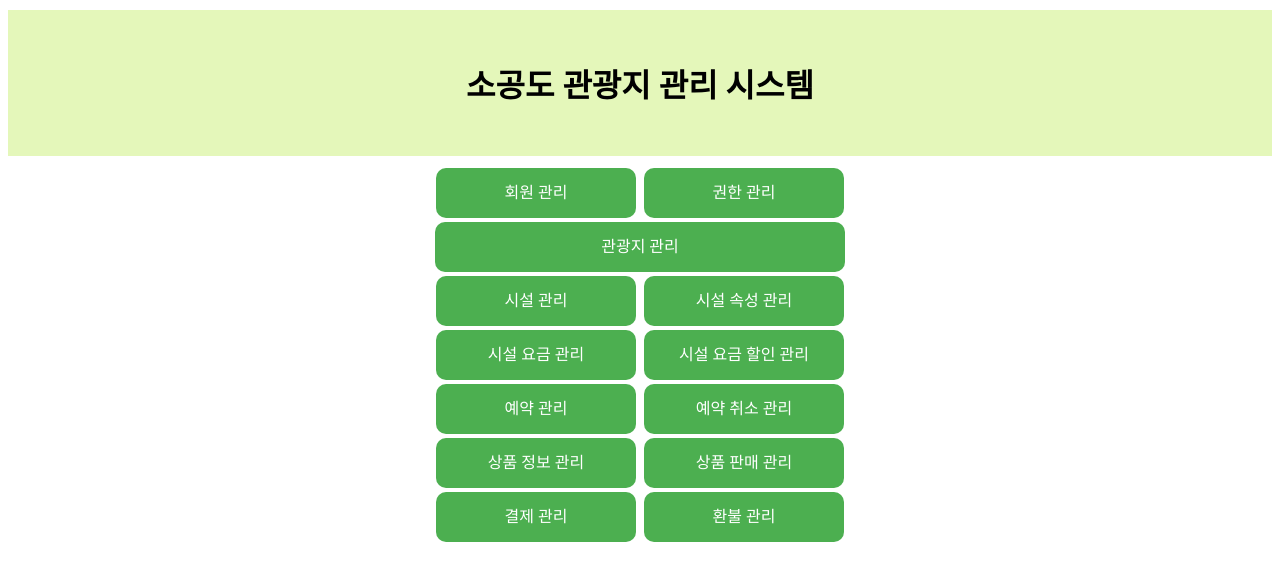
Repository: psyoongsc/SogongDo_Facility
Page: http://localhost/SogongDo_Management_System/
These files come from the project's save history. The page is drawn as it stood at one moment and after the next save; the edit follows.
The browser window is 1280 px wide. The pictures show the whole page.
The page is served by Tomcat 9. Nobody is signed in. The application's start-up code is not run.

Above is the page before, as saved 2020-06-25 15:21:28.

After the next save:
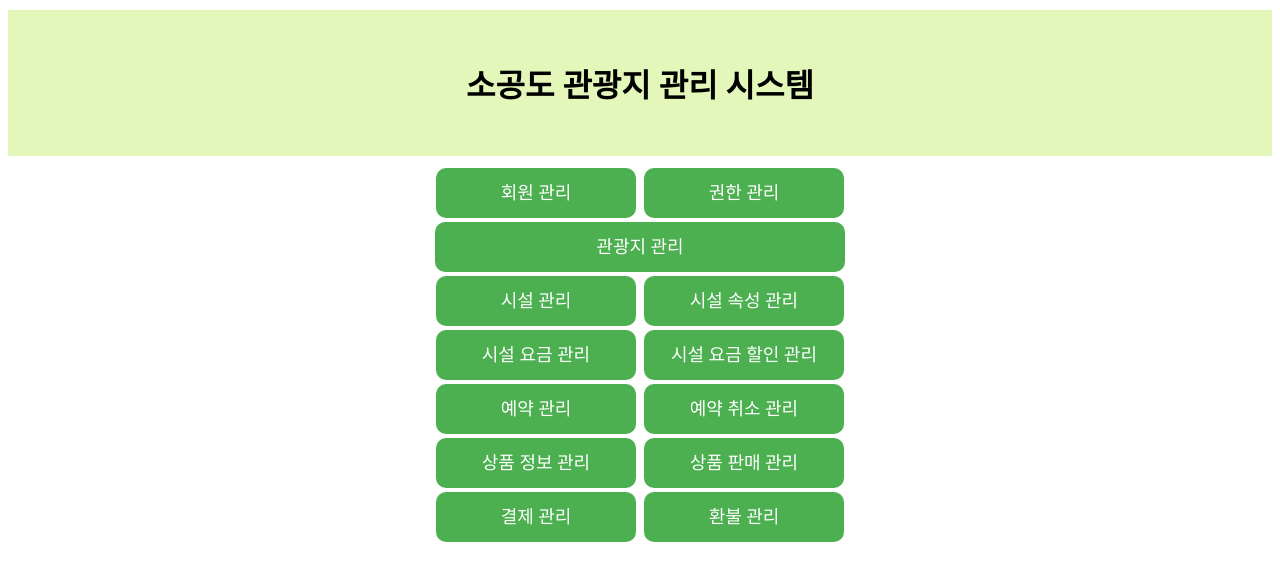
Saved 54 s later.
--- a/SogongDo_Management_System/WebContent/index.jsp
+++ b/SogongDo_Management_System/WebContent/index.jsp
@@ -12,7 +12,7 @@
 	background-color: #4CAF50;
 	width: 200px;
 	line-height: 50px;
-	font-size: medium;
+	font-size: large;
 	display: inline-block;
 	border-radius: 10px 10px;
 	margin: 2px;

After the save that followed:
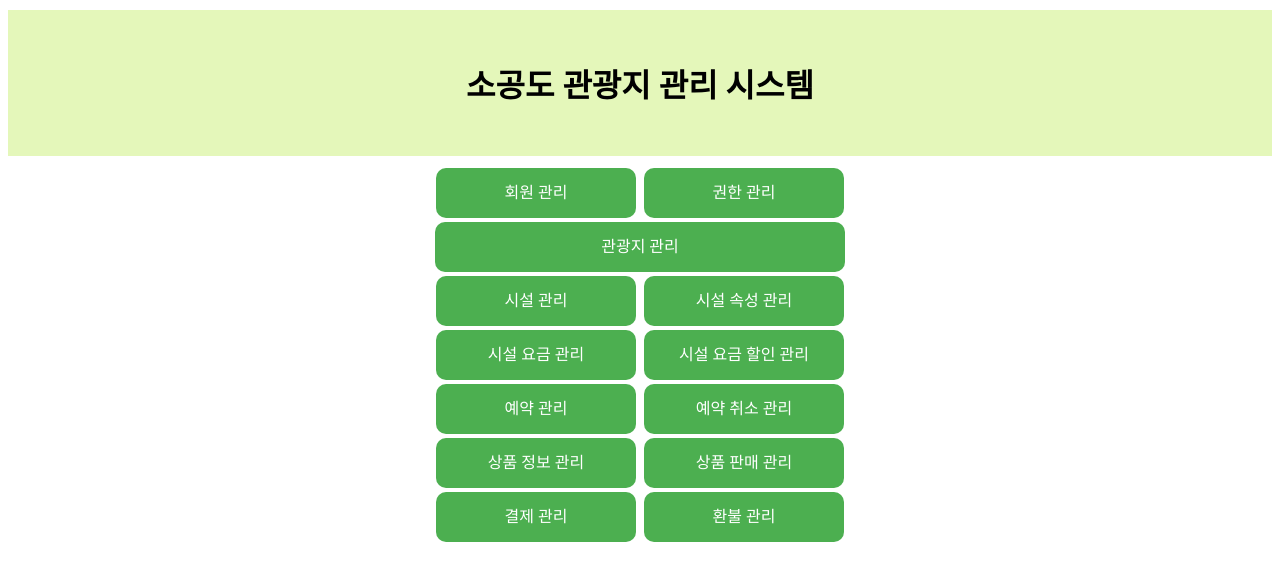
Saved 19 s later.
--- a/SogongDo_Management_System/WebContent/index.jsp
+++ b/SogongDo_Management_System/WebContent/index.jsp
@@ -12,7 +12,7 @@
 	background-color: #4CAF50;
 	width: 200px;
 	line-height: 50px;
-	font-size: large;
+	font-size: medium;
 	display: inline-block;
 	border-radius: 10px 10px;
 	margin: 2px;
